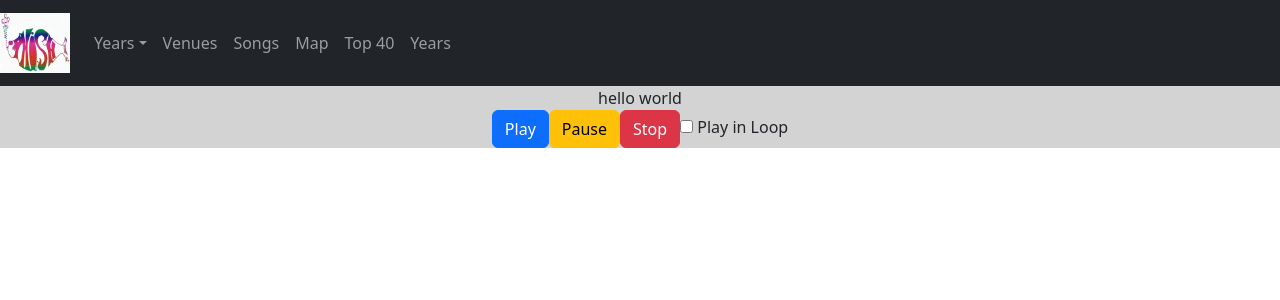
Repository: Jcparks84/gonePhishin
Page: / (app in my-app/)
An editor plug-in stored every save of this project. The page is shown before and after the next save, followed by the edit.
The browser window is 1280 px wide. The pictures show the whole page.
The page's requests for data from a server got no answer. The project was rebuilt for these pictures with package versions that can differ from the ones it lists, and the page was loaded fresh each time. No one was signed in, and anything a server would have sent is missing.

Above is the page before, as saved 2022-08-16 17:56:56.

After the next save:
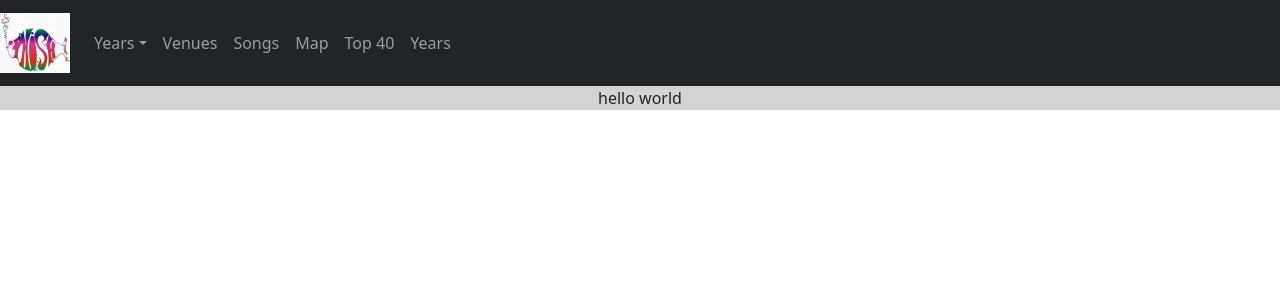
Saved 12 s later.
--- a/my-app/src/App.js
+++ b/my-app/src/App.js
@@ -18,7 +18,7 @@ function App() {
         <YearPage/>
       </div>
       <div>
-        <AudioPlayer/>
+        {/* <AudioPlayer/> */}
       </div>
 
     </div>
